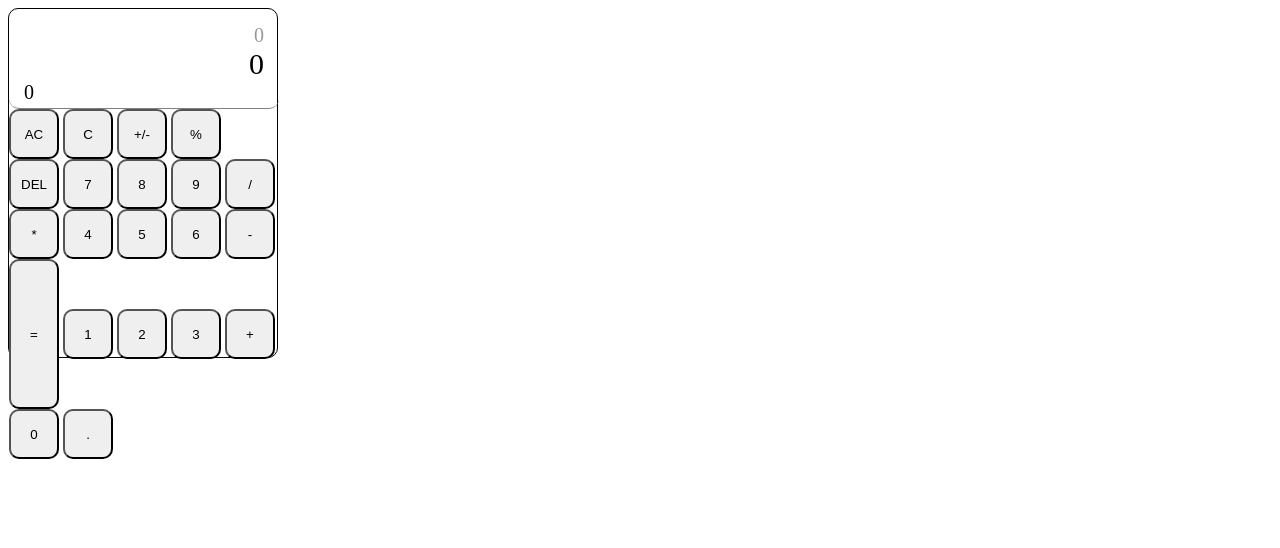
Repository: baziz22/Vanilla_JS_Projects
Page: claculator/index.html
These files come from the project's save history. The page is drawn as it stood at one moment and after the next save; the edit follows.
The browser window is 1280 px wide. The pictures show the whole page.

Above is the page before, as saved 2022-03-02 03:01:34.
Console error: SyntaxError: Malformed arrow function parameter list

After the next save:
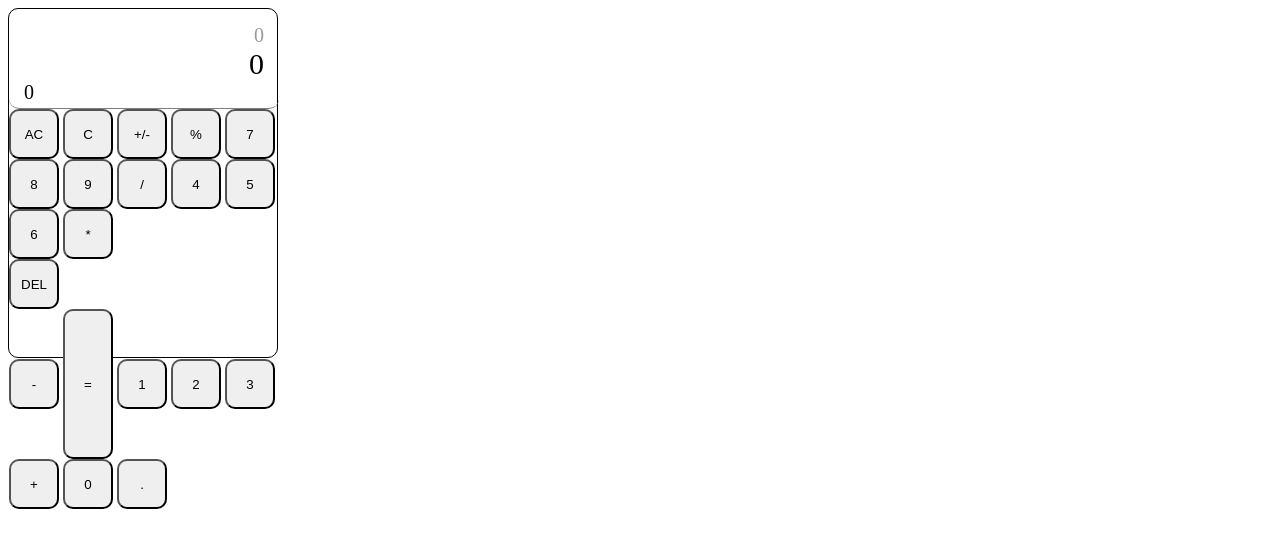
Saved 53 s later.
--- a/claculator/index.html
+++ b/claculator/index.html
@@ -22,20 +22,24 @@
           <button class="btn" last-entity-clear>C</button>
           <button class="btn" operation>+/-</button>
           <button class="btn" operation>%</button>
-          </div>
-          <div id="right-side">
-
-          </div>
-
-          <button class="btn" operation>DEL</button>
           <button class="btn" number>7</button>
           <button class="btn" number>8</button>
           <button class="btn" number>9</button>
           <button class="btn" operation>/</button>
-          <button classs="btn" operation>*</button>
           <button class="btn" number>4</button>
           <button class="btn" number>5</button>
           <button class="btn" number>6</button>
+          <button classs="btn" operation>*</button>
+          </div>
+
+          <div id="right-side">
+            <button class="btn" operation>DEL</button>
+          </div>
+
+
+
+
+
           <button class="btn" operation">-</button>
           <button class="btn" equal id="equals">=</button>
           <button class="btn" number>1</button>
